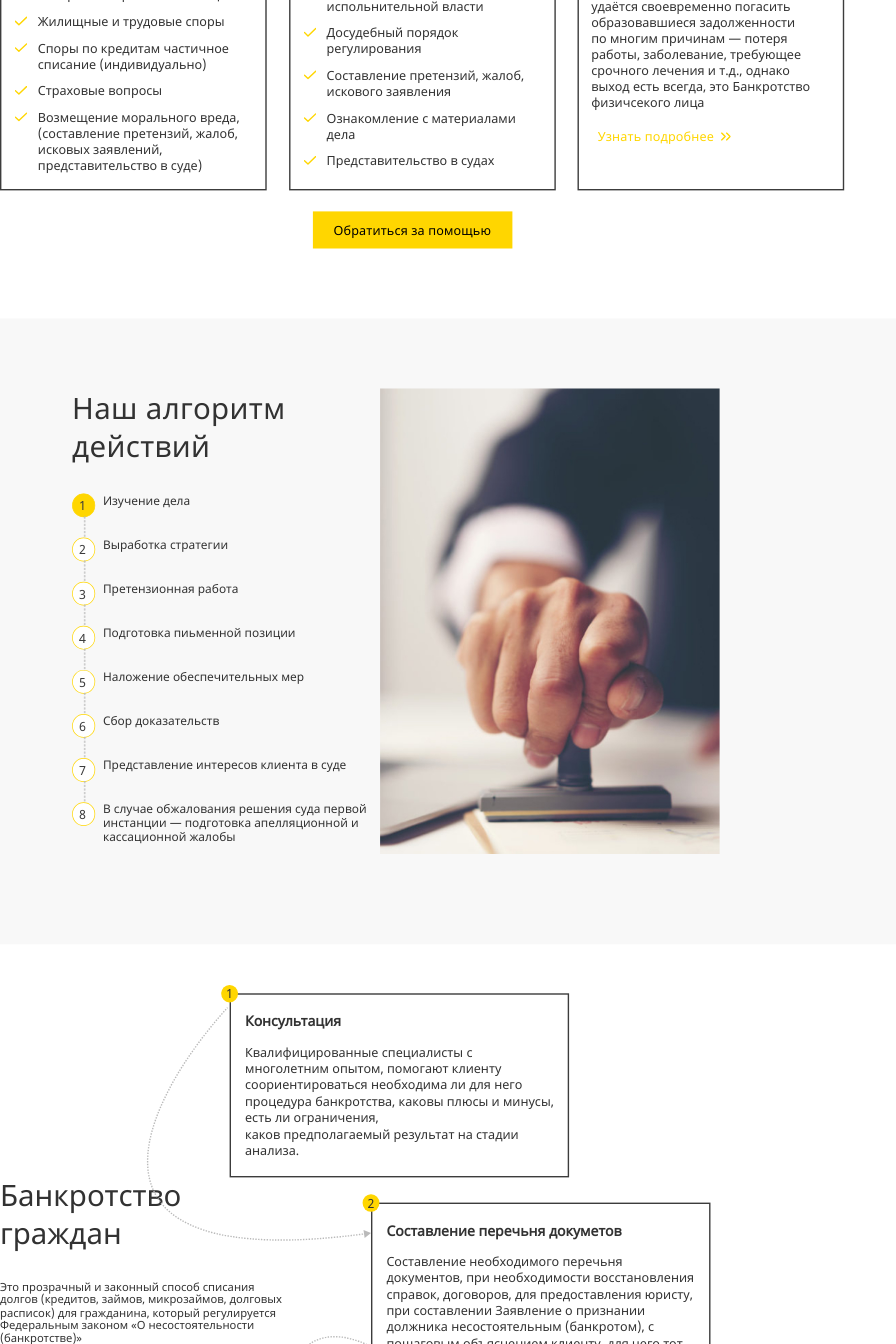
Repository: Nisovaki/antei
Page: http://localhost/
These files come from the project's save history. The page is drawn as it stood at one moment and after the next save; the edit follows.
The browser window is 1280 px wide. The pictures show the part of the page from y = 1850 to 3770 px (the page is 6074 px tall), at 70% of full size.
The page is run by PHP 8.4 with error messages shown; the project is at /var/www/html/. Style sheets and scripts are compiled from the project's sources, by tool versions that may differ from the author's.

Above is the page before, as saved 2022-03-19 02:13:44.

### index.html
<!DOCTYPE html>
<html lang="ru">
<head>
	<meta charset="UTF-8">
	<meta http-equiv="X-UA-Compatible" content="IE=edge">
	<meta name="viewport" content="width=1440"/>
	<link rel="stylesheet" href="css/style.css">
	<link rel="preconnect" href="https://fonts.googleapis.com">
	<link rel="preconnect" href="https://fonts.gstatic.com" crossorigin>
	<link href="https://fonts.googleapis.com/css2?family=Roboto&display=swap" rel="stylesheet">
	<title>Услуги юриста</title>
</head>
<body>
	<navbar class="navbar">
		<div class="container">
			<div class="navbar-block">
				<ul class="navbar-list">
					<li class="navbar-item"><a href="#" class="navbar-link">Услуги</a></li>
					<li class="navbar-item"><a href="#" class="navbar-link">Банкротство граждан</a></li>
					<li class="navbar-item"><a href="#" class="navbar-link">Схема работы</a></li>
					<li class="navbar-item"><a href="#" class="navbar-link">Обратная связь</a></li>
				</ul>
				<div class="navbar-tel"><a href="tel:+79042812294" class="navbar-link">+7 (904) 281 22 94</a></div>
				<div class="navbar-address">г. Липецк, пр. Победы, д. 89</div>
			</div>
   </div>
	</navbar>

	<header class="header">
		<div class="container">
			<div class="header-block">
				<h1 class="header-block__title">Услуги юриста</h1>
				<div class="header-block__text">
					Ведение дел осуществляется как по г. Липецку, так и по его Области, возможно дистанционное составление документов
					в других городах
				</div>

				<ul class="header-block__list">
					<li class="icons header-block__item"><span class="icons__check"> Бесплатная консультация</span></li>
					<li class="icons header-block__item"><span class="icons__check"> Для клиентов пенсионного возраста скидки</span></li>
					<li class="icons header-block__item"><span class="icons__check"> Банкротство граждан, скидки для людей со&nbsp;льготами</span></li>
					<li class="icons header-block__item"><span class="icons__check"> В некоторых случаях возможно списать задолжность без подачи заявления на&nbsp;банкротство гарждан</span></li>
				</ul>

				<button class="button header__button">Решить проблему</button>
			</div>
		</div>
	</header>

	<section class="biography">
		<div class="container">
			<div class="author">
				<div class="author-img">
					<img src="img/biography/author.png" alt="Фотография: Богословский Дмитрий Михайлович" class="biography-author">
				</div>
				<div class="author-block">
					<h2 class="title biography-title">Богословский Дмитрий Михайлович</h2>
					<div class="biography-block">
						<div class="biography-subtitle"><span class="biography-subtitle__elipse"></span> Окончил МОУ ВО</div>
						<div class="biography-text">В 2015 году окончил МОУ ВО «Институт правa<br>и экономики» по специальности Юриспруденция,<br> с
							присвоением квалификации Юрист</div>
						<div class="biography-subtitle"><span class="biography-subtitle__elipse"></span> Работал в налоговой службе</div>
						<div class="biography-text">Работал в инспекции федеральной налоговой службе, суде, паралельно осваивая процедуру
							банкротства физических лиц</div>
						<div class="biography-subtitle"><span class="biography-subtitle__elipse"></span> Имею опыт в процедуре банкротства
						</div>
						<div class="biography-text">Имею опыт списания долгов по процедуре банкротства в арбитражном суде, с присвоением
							статуса банкрота</div>
					</div>
				</div>
			</div>
		</div>
	</section>
	<section class="services">
		<div class="container">
			<h2 class="title services__title">Услуги</h2>
			<div class="services-block">
				<div class="services-block__item">
					<h3 class="services-block__title">Гражданские дела</h3>
					<ul class="services-block__list">
						<li class="icons services-block__cell">Гражданские споры</li>
						<li class="icons services-block__cell">Банкротство физических лиц</li>
						<li class="icons services-block__cell">Жилищные и трудовые споры</li>
						<li class="icons services-block__cell">Споры по кредитам частичное списание (индивидуально)</li>
						<li class="icons services-block__cell">Страховые вопросы</li>
						<li class="icons services-block__cell">Возмещение морального вреда, (составление претензий, жалоб, исковых заявлений, представительство в суде)</li>
					</ul>
				</div>

				<div class="services-block__item">
					<h3 class="services-block__title">Административные и&nbsp;арбитражные дела</h3>
					<ul class="services-block__list">
						<li class="icons services-block__cell">Споры, возникающие с органами испольнительной власти</li>
						<li class="icons services-block__cell">Досудебный порядок регулирования</li>
						<li class="icons services-block__cell">Составление претензий, жалоб, искового заявления</li>
						<li class="icons services-block__cell">Ознакомление с материалами дела</li>
						<li class="icons services-block__cell">Представительство в судах</li>
					</ul>
				</div>

				<div class="services-block__item">
					<h3 class="services-block__title">Банкротство физических лиц</h3>
					<p class="services-block__text">К сожалению, гражданам не всегда удаётся своевременно погасить образовавшиеся задолженности<br> по многим причинам — потеря<br>
					работы, заболевание, требующее срочного лечения и т.д., однако<br> выход есть всегда, это Банкротство физичсекого лица</p>
					<a href="#" class="services-block__link">Узнать подробнее
						<img src="img/services/arrow.svg" alt="стрелка" class="services-block__img-1">
						<img src="img/services/arrow.svg" alt="стрелка" class="services-block__img-2">
					</a>
				</div>
			</div>
			<div class="services__wrapper">
				<button class="button services__button"><a href="#" class="services__button-link">Обратиться за помощью</a></button>
			</div>
		</div>
	</section>

	<section class="algorithm">
		<div class="container">
			<div class="algorithm-block">
				<div class="algorithm-block__item-1">
					<h2 class="title algorithm-block__title">Наш алгоритм действий</h2>
					<ol class="algorithm-block__list">
						<li class="algorithm-block__cell algorithm-block__cell-color"><div class="algorithm-block__element"></div> Изучение дела</li>
						<li class="algorithm-block__cell"><div class="algorithm-block__element"></div> Выработка стратегии</li>
						<li class="algorithm-block__cell"><div class="algorithm-block__element"></div> Претензионная работа</li>
						<li class="algorithm-block__cell"><div class="algorithm-block__element"></div> Подготовка пиьменной позиции</li>
						<li class="algorithm-block__cell"><div class="algorithm-block__element"></div> Наложение обеспечительных мер</li>
						<li class="algorithm-block__cell"><div class="algorithm-block__element"></div> Сбор доказательств</li>
						<li class="algorithm-block__cell"><div class="algorithm-block__element"></div> Представление интересов клиента в суде</li>
						<li class="algorithm-block__cell"> В случае обжалования решения суда первой инстанции
						— подготовка апелляционной и кассационной жалобы</li>
					</ol>
				</div>
				<div class="algorithm-block__item-2"><img src="img/algorithm/algorithm-img.jpg" alt="img: algorithm-block__img" class="algorithm-block__img"></div>
			</div>
		</div>
	</section>

	<section class="smash">
		<div class="container">
			<h2 class="title smash__title">Банкротство граждан</h2>
			<p class="smash__text">Это прозрачный и законный способ списания долгов (кредитов, займов, микрозаймов, долговых расписок) для гражданина,
			который регулируется Федеральным законом «О несостоятельности (банкротстве)»<br> от 26.10.2002 N 127-ФЗ (последняя редакция)</p>

			<div class="smash-wrapper">
				<div class="smash-wrapper__item smash-wrapper__item--indent-1">
					<div class="smash-wrapper__num">1</div>
					<div class="smash-wrapper__title">Консультация</div>
					<div class="smash-wrapper__text">Квалифицированные специалисты с многолетним опытом, помогают клиенту соориентироваться необходима ли для него процедура
					банкротства, каковы плюсы и минусы, есть ли ограничения,<br>каков предполагаемый результат на стадии<br> анализа.
  					</div>
				</div>

				<div class="smash-arrow__right"><img src="img/smash/arrow_right.svg" alt="arrow_right"></div>

				<div class="smash-wrapper__item smash-wrapper__item--indent-2">
					<div class="smash-wrapper__num">2</div>
					<div class="smash-wrapper__title">Составление перечьня докуметов</div>
					<div class="smash-wrapper__text">Составление необходимого перечьня документов, при необходимости восстановления справок, договоров, для предоставления
					юристу, при составлении Заявление о признании должника несостоятельным (банкротом), с пошаговым объяснением клиенту, для
					чего тот или иной абзац.
					</div>
				</div>

				<div class="smash-arrow__bottom"><img src="img/smash/arrow_bottom .svg" alt="arrow_bottom"></div>

				<div class="smash-wrapper__item smash-wrapper__item--indent-3">
					<div class="smash-wrapper__num">3</div>
					<div class="smash-wrapper__title">Подача заявления</div>
					<div class="smash-wrapper__text">Подача заявления в Арбитражный суд и представительство его интересов в суде по<br> данному делу, процедура списания долгов,
					при которой можно вздохнуть спокойно и<br> наслаждаться жизнью.
					</div>
				</div>
			</div>
			<!-- /.smash-wrapper -->
		</div>
		<!-- /. container -->
	</section>

	<section class="scheme">
		<div class="container">
			<h2 class="title scheme__title">Схема работы</h2>
			<div class="scheme-wrapper">
				<div class="scheme-wrapper__item">
					<div class="scheme-wrapper--dotted-1"></div>
					<div class="scheme-wrapper__num scheme-wrapper__num--color">1</div>
					<p class="scheme-wrapper__text">Оставьте заявку <br>или позвоните по номеру телефона</p>
				</div>
				<!-- /.scheme-wrapper__item -->
				<div class="scheme-wrapper__item">
					<div class="scheme-wrapper--dotted-2"></div>
					<div class="scheme-wrapper__num">2</div>
					<p class="scheme-wrapper__text">Бесплатно изучаю <br>ваши документы</p>
				</div>
				<!-- /.scheme-wrapper__item -->
				<div class="scheme-wrapper__item">
					<div class="scheme-wrapper--dotted-3"></div>
					<div class="scheme-wrapper__num">3</div>
					<p class="scheme-wrapper__text">Оцениваю ситуацию<br> и называю стоимость услуг</p>
				</div>
				<!-- /.scheme-wrapper__item -->
				<div class="scheme-wrapper__item">
					<div class="scheme-wrapper__num">4</div>
					<p class="scheme-wrapper__text">Заключаем сотрудничество и решаем проблему</p>
				</div>
				<!-- /.scheme-wrapper__item -->
			</div>
			<!-- /.scheme-wrapper -->
			<button class="button scheme__button">Оставить заявку</button>
		</div>
		<!-- /.container -->
	</section>
	<!-- /.scheme -->
    <section class="feedback">
		<div class="container">
			<div class="feedback-block">
				<div class="feedback-block__title">Обратная связь</div>
				<form action="send.php" method="post" class="feedback-form">
					<div class="feedback-input">
						<input type="text" placeholder="Ваше имя" class="feedback__input" name="name">
						<input type="text" placeholder="Электронная почта" class="feedback__input" name="email">
					</div>
					<textarea name="message" placeholder="Ваше сообщение" class="feedback__message"></textarea>
					<div class="feedback__wrapper">
						<input type="file" name="file" type="file" name="file" id="input__file" multiple class="feedback__file">
						<label for="input__file" class="feedback__file-button">
							<span class="feedback__file-button-text">
								<img src="img/feedback/file.svg" alt="файл">
								Загрусить файл
							</span>
						</label>
					</div>
					<div class="feedback__agreemet">
						<input type="checkbox" class="feedback__checkbox">
						<span class="feedback__text">Даю согласие на обработку персональных данных</span>
					</div>
					<button class="feedback__button">Отправить</button>
				</form>
			</div>
		</div>
	</section>

	<footer class="footer">
		<div class="container">
			<div class="footer-contacts">
				<h2 class="title footer__title">Контакты</h2>
				<div class="footer-contacts__item">
					<h3 class="footer-contacts__subtitle footer-contacts__subtitle--ml-1"><img src="img/footer/phone.svg" alt="icon: тефон" class="footer-contacts__icon-1">Номер телефона</h3>
					<a href="tel:+79042812294" class="footer-contacts__phone--ml1">+7 (904) 281 22 94</a>
					<a href="tel:+79042812293" class="footer-contacts__phone--ml2">+7 (904) 281 22 93</a>
					<div class="footer-contacts__block">
						<a href="" target="_blank"><img src="img/footer/viber.svg" alt="icon: viber" class="footer-contacts__icon"></a>
						<a href="" target="_blank"><img src="img/footer/watsapp.svg" alt="icon: watsapp" class="footer-contacts__icon"></a>
						<a href="" target="_blank"><img src="img/footer/telegram.svg" alt="icon: telegram" class="footer-contacts__icon"></a>
					</div>
					<p class="footer-contacts__subtitle footer-contacts__subtitle--ml-2"><img src="img/footer/email.svg" alt="icon: email" class="footer-contacts__icon-2"> Электронная почта</p>
					<a href="mailto:adp48ru@mail.ru" class="footer-contacts__email">adp48ru@mail.ru</a>
					<h3 class="footer-contacts__subtitle footer-contacts__subtitle--ml-3 "><img src="img/footer/map.svg" alt="icon: адрес" class="footer-contacts__icon-3"> Адрес</h3>
					<p class="footer-contacts__text">г. Липецк, пр. Победы, д. 89, 2 этаж</p>
					<h3 class="footer-contacts__subtitle footer-contacts__subtitle--ml-4"><img src="img/footer/clock.svg" alt="icon: режим работы" class="footer-contacts__icon-4"> Часы работы</h3>
					<p class="footer-contacts__text">Будни с 09:00 до17:00, выходные с 09:00 до 13:00 по записи</p>
				</div>

			</div>
			<!-- /.footer-contacts -->
			<div class="footer-map">

			</div>
			<!-- /.footer-map -->
		</div>
			<div class="footer-law">
				<div class="container">
					<p class="footer-law__text">© Все права защищены</p>
				</div>
			</div>

		<!-- /.container -->
	</footer>
	<!-- /.footer -->
</body>
</html>

### sass/style.sass
@import "_normalize.scss"
@import "_variables.sass"
@import "_settings.sass"
@import "_fonts.scss"
@import "block/_navbar.sass"
@import "block/_header.sass"
@import "block/_biography.sass"
@import "block/_services.sass"
@import "block/_algorithm.sass"
@import "block/_smash.sass"
@import "block/_feedback.sass"
@import "block/_footer.sass"
@import "block/_scheme.sass"

### sass/_variables.sass
$dark: #3C3C3C
$light: #FFFFFF
$txt-color: #323232
$btn-color: #FFD600
$fon-color: #F8F8F8
$dashed-color: #BABABA

### sass/_settings.sass
*
	box-sizing: border-box
body
	font-family: "Noto Sans", sans-serif
	font-weight: 400
	color: $txt-color
img
	max-width: 100%
.container
	max-width: 1320px
	margin: auto
.icons
	list-style-image: url(../img/header/Vector.svg)
	&__check
		position: relative
		left: 10px
.button
	padding: 15px 30px
	background-color: $btn-color
	border: none
	cursor: pointer
.title
	font-weight: 500
	font-size: 42px
	line-height: 130%
@media (max-width: 1200px)
	br
		display: none

### sass/_fonts.scss
@font-face {
  font-family: "Noto Sans bold";
  src: url("../fonts/NotoSans-Bold.woff2") format("woff2"),
    url("../fonts/NotoSans-Bold.woff") format("woff");
  font-weight: bold;
  font-style: normal;
  font-display: swap;
}

@font-face {
  font-family: "Noto Sans";
  src: url("../fonts/NotoSans.woff2") format("woff2"),
    url("../fonts/NotoSans.woff") format("woff");
  font-weight: normal;
  font-style: normal;
  font-display: swap;
}

### sass/block/_navbar.sass
.navbar
	display: block
	font-family: 'Roboto', sans-serif
	background-color: $dark
	color: $light
	padding: 37px 0 35px 0
	font-size: 18px
	line-height: 130%
	&-block
		display: flex
		justify-content: space-between
	&-list
		display: flex
		justify-content: space-between
		align-items: center
		margin: 0
		padding: 0
		flex-basis: 46.7%
	&-item
		list-style: none
	&-link
		color: inherit
		text-decoration: none
	&-address
		margin-right: 8.6%
		letter-spacing: 0.4px

### sass/block/_header.sass
.header
	padding: 100px 0
	background: url(../img/header/fon-img.jpg)
	background-repeat: no-repeat
	background-size: contain
	background-position: center right
	position: relative
	&::before
		content: ''
		width: 40.5%
		height: 100%
		position: absolute
		top: 0
		left: 0
		background-color: #ffffff
	&-block
		width: 50%
		position: relative
		margin-right: 50px
		&__list
			margin: 0
			padding: 0
			padding-left: 28px
		&__text
			width: 430px
			font-size: 18px
			line-height: 129%
			margin-bottom: 30px
		&__item
			margin-bottom: 15px
			width: 405px
			font-size: 18px
			line-height: 128%
		&__title
			font-weight: 600
			font-size: 52px
			line-height: 130%
			margin: 0
			margin-bottom: 30px
			letter-spacing: 1.5px
	&__button
		margin-top: 15px
		padding: 16px 29px 17px 31px
		letter-spacing: 1.4px

### sass/block/_biography.sass
.biography
	padding-top: 100px
	background-color: $fon-color
	&-title
		letter-spacing: 0.6px
		width: 475px
		margin: 0
		margin-bottom: 40px
		margin-top: 2px
	&-subtitle
		font-weight: 600
		font-size: 20px
		line-height: 130%
		margin-bottom: 15px
		letter-spacing: 0.5px
		&__elipse
			display: inline-block
			width: 16px
			height: 16px
			background-color: $btn-color
			border-radius: 50%
			margin-right: 9px
	&-text
		font-size: 18px
		line-height: 128%
		width: 487px
		margin-bottom: 30px
.author
	display: flex
	justify-content: flex-end
	&-img
		flex-basis: 45%
		margin-left: 118px
	&-block
		flex-basis: 70%

### sass/block/_algorithm.sass
.algorithm
    padding: 100px 0
    background-color: $fon-color
    &-block
        display: flex
        position: relative
        &__item-1
        width: 515px
        margin-left: 103px
        &__title
            width: 382px
            display: inline-block
            margin: 0
            margin-bottom: 40px
            letter-spacing: 0.5px
        &__cell-color
            &::before
                background-color: $btn-color
        &__element
            position: absolute
            top: 33px
            left: 17px
            width: 0px
            height: 34px
            border: 1px dashed $dashed-color
        &__img
            max-width: inherit
ol
    list-style: none
    width: 440px
    font-size: 17px
    font-weight: 400
    padding: 0
    margin: 0
    li
        counter-increment: num
        margin: 0
        padding: 0 0 43px 44px
        position: relative
        line-height: 20px
        &::marker
            display: none
        &::before
            content: counter(num)
            display: inline-block
            position: absolute
            top: 0
            left: 0
            background: #fff
            color: $dark
            text-align: center
            font-size: 18px
            padding: 6px 12px 6px 9px
            border: 1px solid $btn-color
            border-radius: 50%

### sass/block/_smash.sass
.smash
    position: relative
    padding-top: 331px
    padding-bottom: 342px
    &__title
        margin: 0
        margin-bottom: 40px
        width: 382px
    &__text
        width: 411px
    &-wrapper
        &__item
            position: relative
            width: 485px
            border: 2px solid $dark
            padding: 25px 20px
            &--indent-1
                position: absolute
                top: 70px
                right: 467px
            &--indent-2
                position: absolute
                right: 265px
                top: 369px
            &--indent-3
                position: absolute
                top: 671px
                right: 467px
        &__num
            position: absolute
            top: -14px
            left: -14px
            background-color: $btn-color
            border-radius: 50%
            padding: 1px 7px 1px 7px
            font-size: 18px
            line-height: 130%
            font-family: "Noto Sans"
        &__title
            font-weight: bold
            font-size: 20px
            line-height: 130%
            margin-bottom: 20px
        &__text
            width: 445px
            font-size: 18px
            line-height: 130%
    &-arrow
        &__right
            position: absolute
            top: 89px
            right: 750px
        &__bottom
            position: absolute
            top: 559px
            right: 748px
            z-index: 1

### sass/block/_scheme.sass
.scheme
    padding-top: 100px
    padding-bottom: 100px
    background-color: $fon-color
    &__title
        margin: 0
        margin-bottom: 40px
    &-wrapper
        position: relative
        display: flex
        justify-content: space-around
        margin-bottom: 30px
        &__item
        &__num
            display: flex
            justify-content: center
            font-size: 18px
            line-height: 130%
            width: 11%
            margin: auto
            font-family: "Roboto"
            border-radius: 50%
            border: 2px solid $btn-color
            &--color
                background-color: $btn-color
        &__text
            text-align: center
            width: 250px
            font-size: 18px
            line-height: 130%
        &--dotted-1
            position: absolute
            top: 13px
            left: 16%
            border: 2px dashed $dashed-color
            width: 236px
            height: 2px
        &--dotted-2
            position: absolute
            top: 13px
            left: 41%
            border: 2px dashed $dashed-color
            width: 236px
            height: 2px
        &--dotted-3
            position: absolute
            top: 13px
            right: 16%
            border: 2px dashed $dashed-color
            width: 236px
            height: 2px

Loaded but not shown: sass/_normalize.scss (common file); img/smash/arrow_right.svg (3 lines, source omitted); img/smash/arrow_bottom .svg (3 lines, source omitted); img/footer/viber.svg (4 lines, source omitted); img/footer/email.svg (11 lines, source omitted); img/footer/clock.svg (4 lines, source omitted); img/footer/map.svg (4 lines, source omitted); img/footer/phone.svg (3 lines, source omitted); img/footer/watsapp.svg (4 lines, source omitted); img/footer/telegram.svg (45 lines, source omitted); img/feedback/file.svg (3 lines, source omitted); img/header/Vector.svg (3 lines, source omitted); img/services/arrow.svg (3 lines, source omitted); sass/block/_feedback.sass (99 lines, source omitted); sass/block/_services.sass (66 lines, source omitted); sass/block/_footer.sass (83 lines, source omitted)

After the next save:
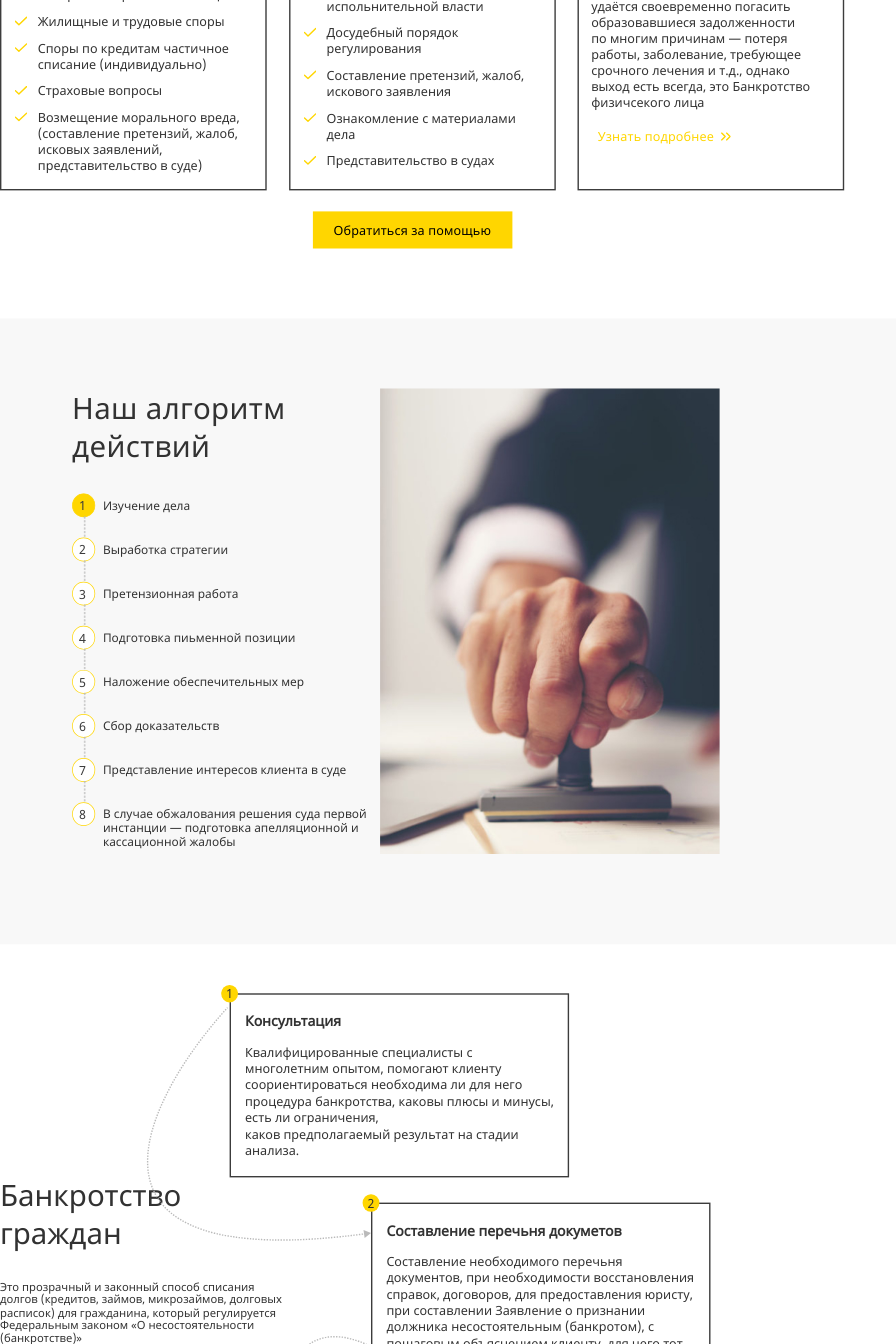
Saved 113 s later.
--- a/sass/block/_algorithm.sass
+++ b/sass/block/_algorithm.sass
@@ -35,7 +35,7 @@ ol
     li
         counter-increment: num
         margin: 0
-        padding: 0 0 43px 44px
+        padding: 7px 0 36px 44px
         position: relative
         line-height: 20px
         &::marker
